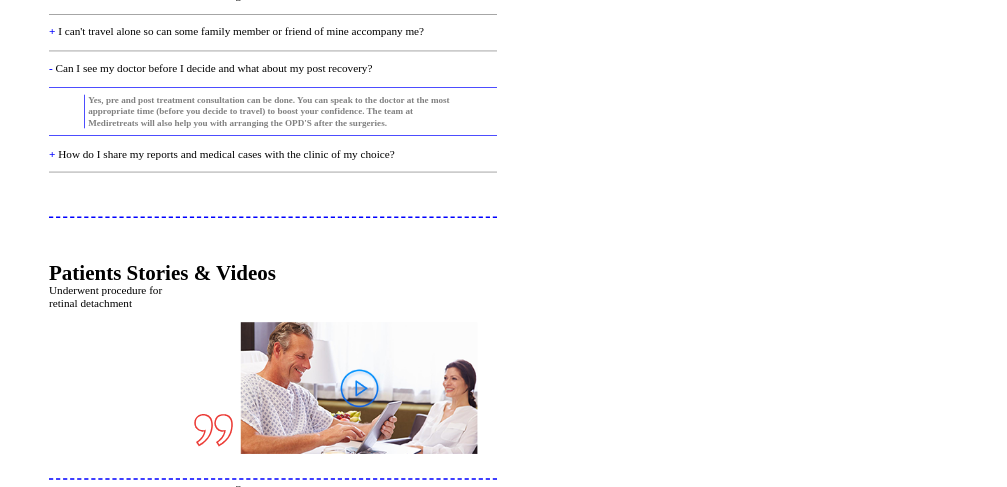
Repository: hetuk2005/webDevelopment
Page: Projects/Aafiya.html
The author's editor kept a copy of each file at every save. The page is drawn from the files as they stood at one save, then again after the next save.
The browser window is 1280 px wide. The page is 1438 px wide, so the pictures cover 1438 px, including what lies to the right of the window. The pictures show the part of the page from y = 3746 to 5466 px (the page is 4441 px tall before and 5466 px after), at 70% of full size.

Above is the page before, as saved 2025-04-08 10:29:24.

After the next save:
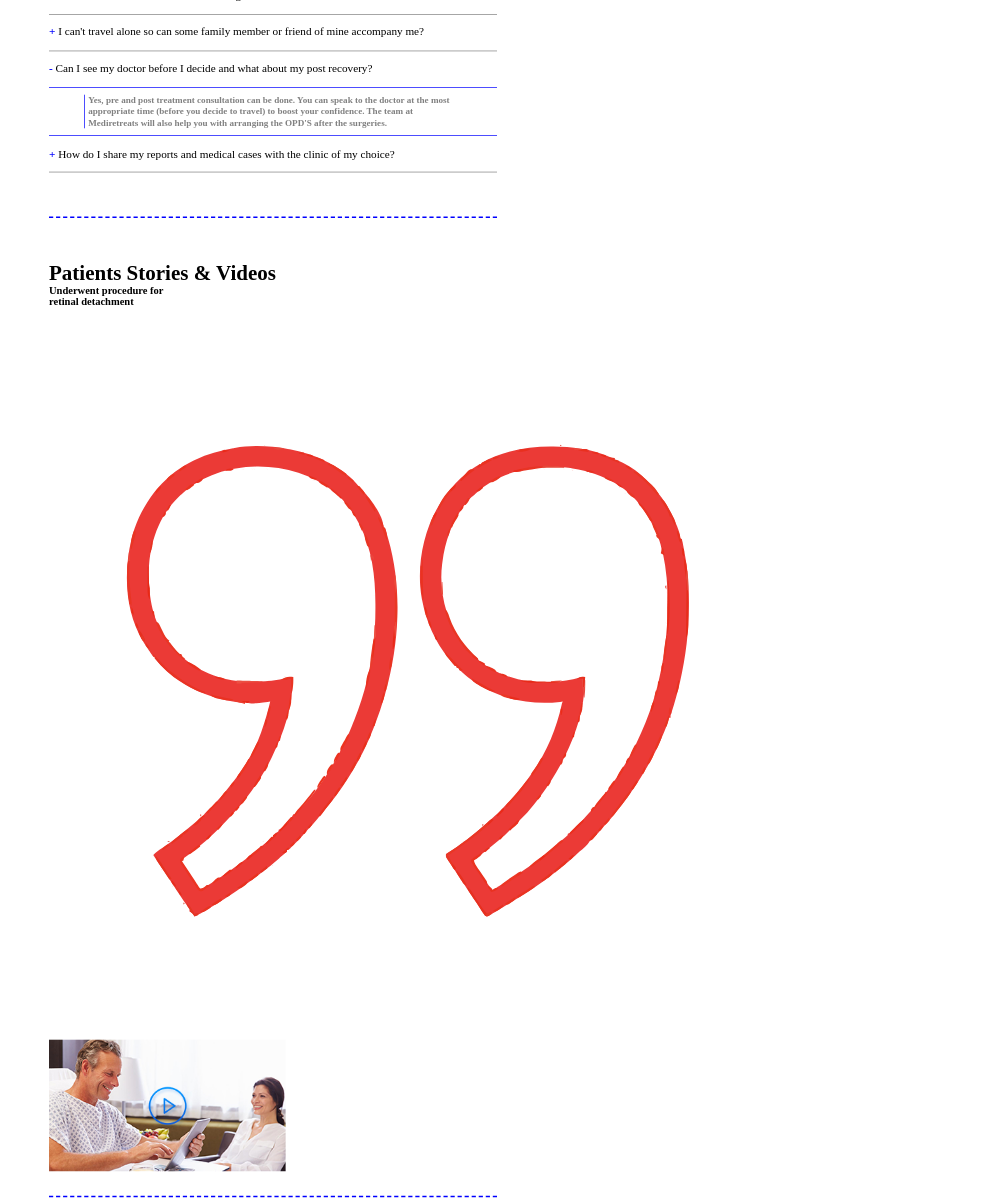
Saved 53 s later.
--- a/Projects/Aafiya.html
+++ b/Projects/Aafiya.html
@@ -252,10 +252,12 @@
     <div class="patient_stories">
         <h3>Patients Stories & Videos</h3>
         <div class="stories_img">
-            <p class="stories_text">Underwent procedure for</p>
-            <p class="stories_text">retinal detachment</p>
-            <br>
-            <img src="./Images/Quotes.svg" alt="Quotes" class="quotes">
+            <div class="text1">
+                <p class="stories_text">Underwent procedure for</p>
+                <p class="stories_text">retinal detachment</p>
+                <br>
+                <img src="./Images/Quotes.svg" alt="Quotes" class="quotes">
+            </div>
             <img src="./Images/Patient_Stories.png" alt="Image Of Patient" class="patients" />
         </div>
     </div>
